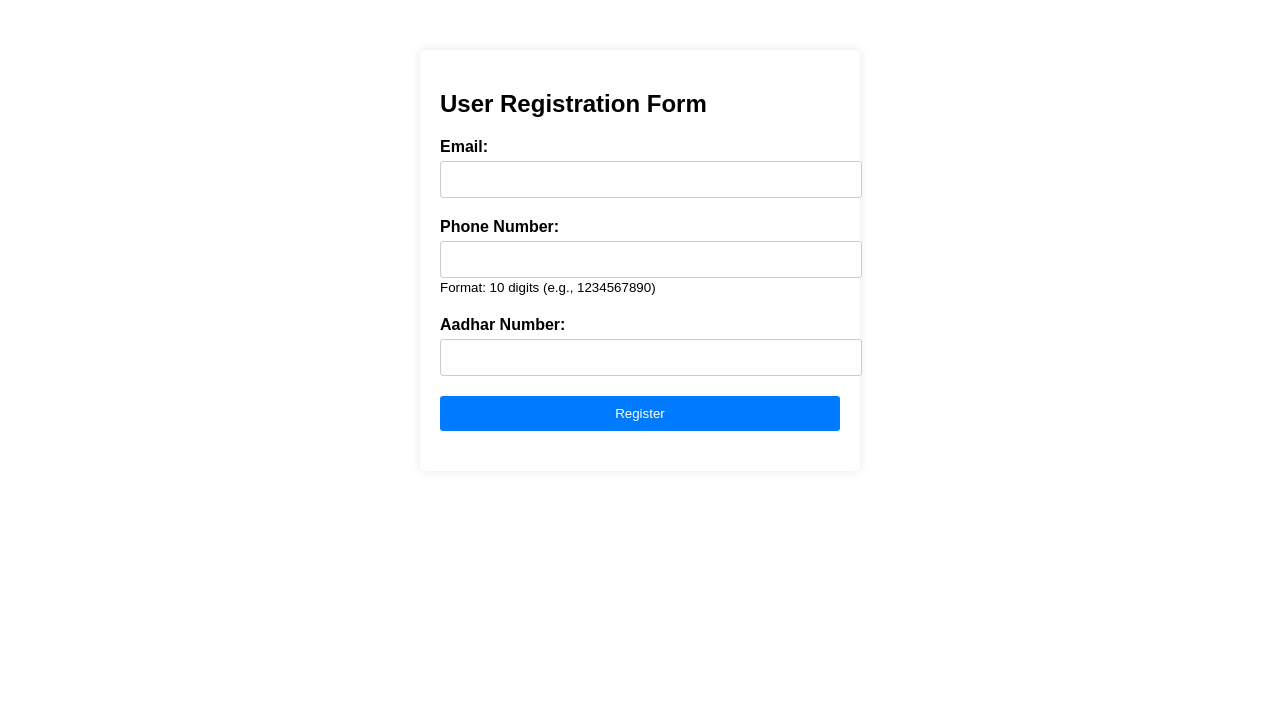
Repository: thatipallyvinod/AdvanceJava
Page: BoysHostel/src/main/webapp/First.html
An editor plug-in stored every save of this project. The page is shown before and after the next save, followed by the edit.
The browser window is 1280 px wide. The pictures show the whole page.

Above is the page before, as saved 2024-03-24 08:59:28.
Not found: BoysHostel/src/main/webapp/your-background-image.jpg

### BoysHostel/src/main/webapp/First.html
<!DOCTYPE html>
<html lang="en">
<head>
    <meta charset="UTF-8">
    <meta name="viewport" content="width=device-width, initial-scale=1.0">
    <title>User Registration Form</title>
    <style>
        body {
            font-family: Arial, sans-serif;
            margin: 0;
            padding: 0;
            overflow: hidden;
        }

        .background {
            position: absolute;
            top: 0;
            left: 0;
            width: 100%;
            height: 100%;
            background-image: url('your-background-image.jpg');
            background-size: cover;
            animation: animateBackground 20s linear infinite;
        }

        @keyframes animateBackground {
            0% {
                transform: translateX(0%);
            }
            100% {
                transform: translateX(-100%);
            }
        }

        .container {
            max-width: 400px;
            margin: 50px auto;
            padding: 20px;
            background-color: rgba(255, 255, 255, 0.8); /* Added transparency for better visibility */
            border-radius: 5px;
            box-shadow: 0 0 10px rgba(0,0,0,0.1);
        }
        .form-group {
            margin-bottom: 20px;
        }
        .form-group label {
            display: block;
            font-weight: bold;
            margin-bottom: 5px;
        }
        .form-group input[type="text"],
        .form-group input[type="email"],
        .form-group input[type="tel"],
        .form-group input[type="number"] {
            width: 100%;
            padding: 10px;
            border: 1px solid #ccc;
            border-radius: 3px;
        }
        .form-group input[type="submit"] {
            width: 100%;
            padding: 10px;
            border: none;
            border-radius: 3px;
            background-color: #007bff;
            color: #fff;
            cursor: pointer;
            transition: background-color 0.3s ease;
        }
        .form-group input[type="submit"]:hover {
            background-color: #0056b3;
        }
    </style>
</head>
<body>
<div class="background"></div> <!-- Background Div -->
<div class="container">
    <h2>User Registration Form</h2>
    <form action="./FirstServlet" method="post">
        <div class="form-group">
            <label for="email">Email:</label>
            <input type="email" id="email" name="email" required>
        </div>
        <div class="form-group">
            <label for="phone">Phone Number:</label>
            <input type="tel" id="phone" name="phone" pattern="[0-9]{10}" required>
            <small>Format: 10 digits (e.g., 1234567890)</small>
        </div>
        <div class="form-group">
            <label for="aadhar">Aadhar Number:</label>
            <input type="number" id="aadhar" name="aadhar" required>
        </div>

        <div class="form-group">
            <input type="submit" value="Register">
        </div>
    </form>
</div>

</body>
</html>

After the next save:
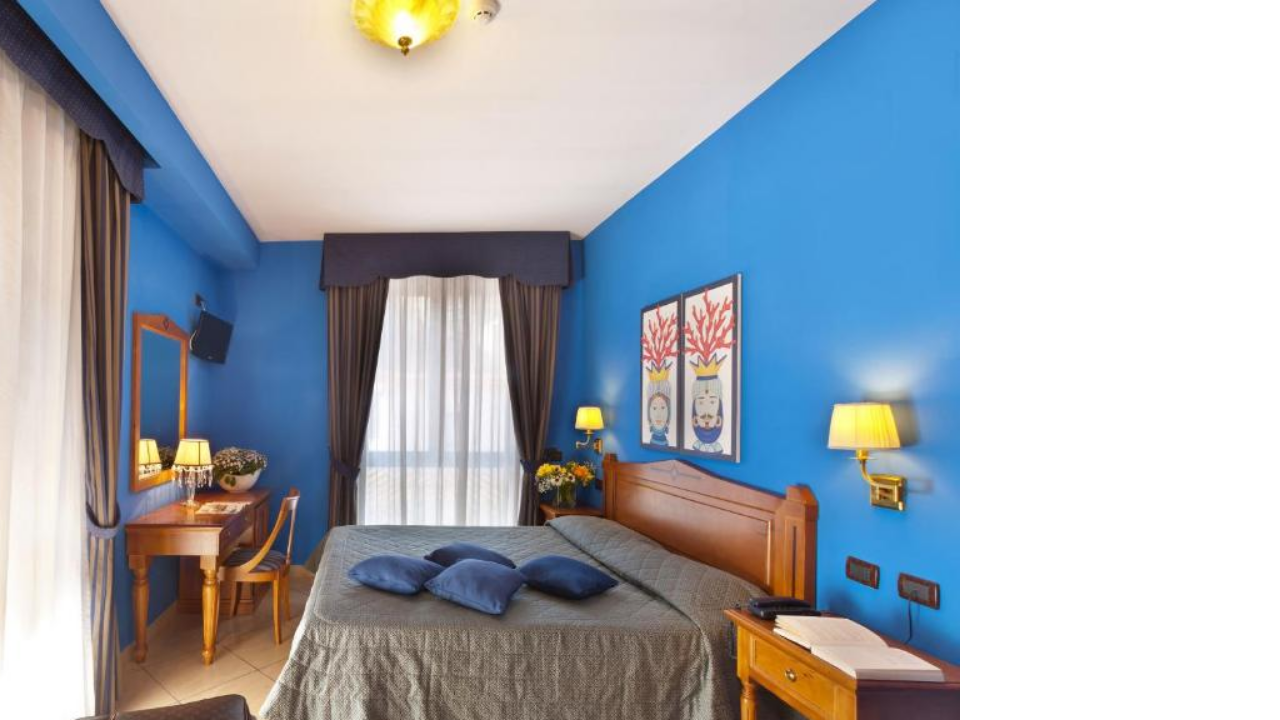
Saved 101 s later.
--- a/BoysHostel/src/main/webapp/First.html
+++ b/BoysHostel/src/main/webapp/First.html
@@ -18,7 +18,7 @@
             left: 0;
             width: 100%;
             height: 100%;
-            background-image: url('your-background-image.jpg');
+            background-image: url('Hostel.jpg');
             background-size: cover;
             animation: animateBackground 20s linear infinite;
         }
